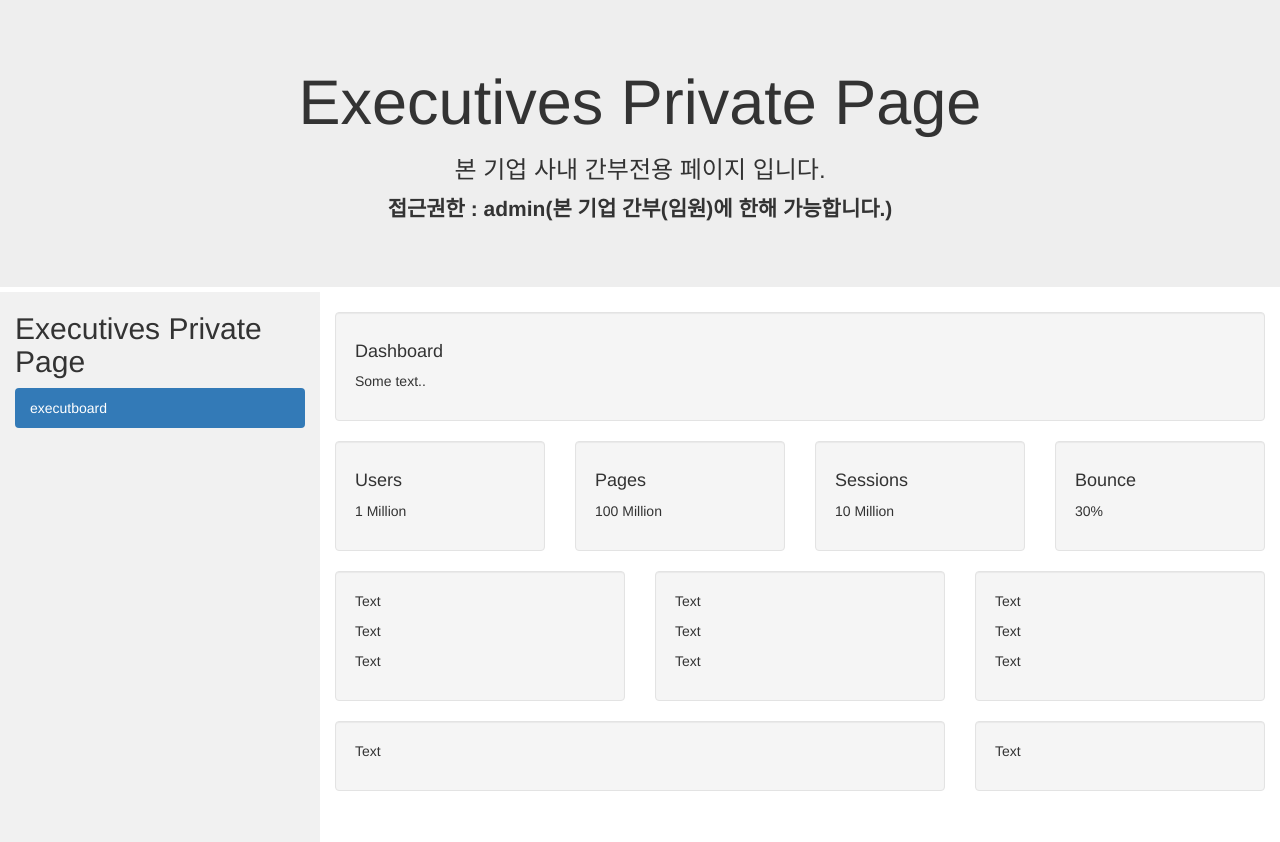
Repository: as2019a/spring
Page: http://localhost/ch19_project_mavenwebsite/WEB-INF/views/executives/maps.jsp
These files come from the project's save history. The page is drawn as it stood at one moment and after the next save; the edit follows.
The browser window is 1280 px wide. The pictures show the whole page.
Some web libraries are served in a nearby version. The page is served by Tomcat 9. Nobody is signed in. The template is opened directly, without the code that normally fills it, so the values that code supplies are empty.

Above is the page before, as saved 2019-01-29 08:48:08.

After the next save:
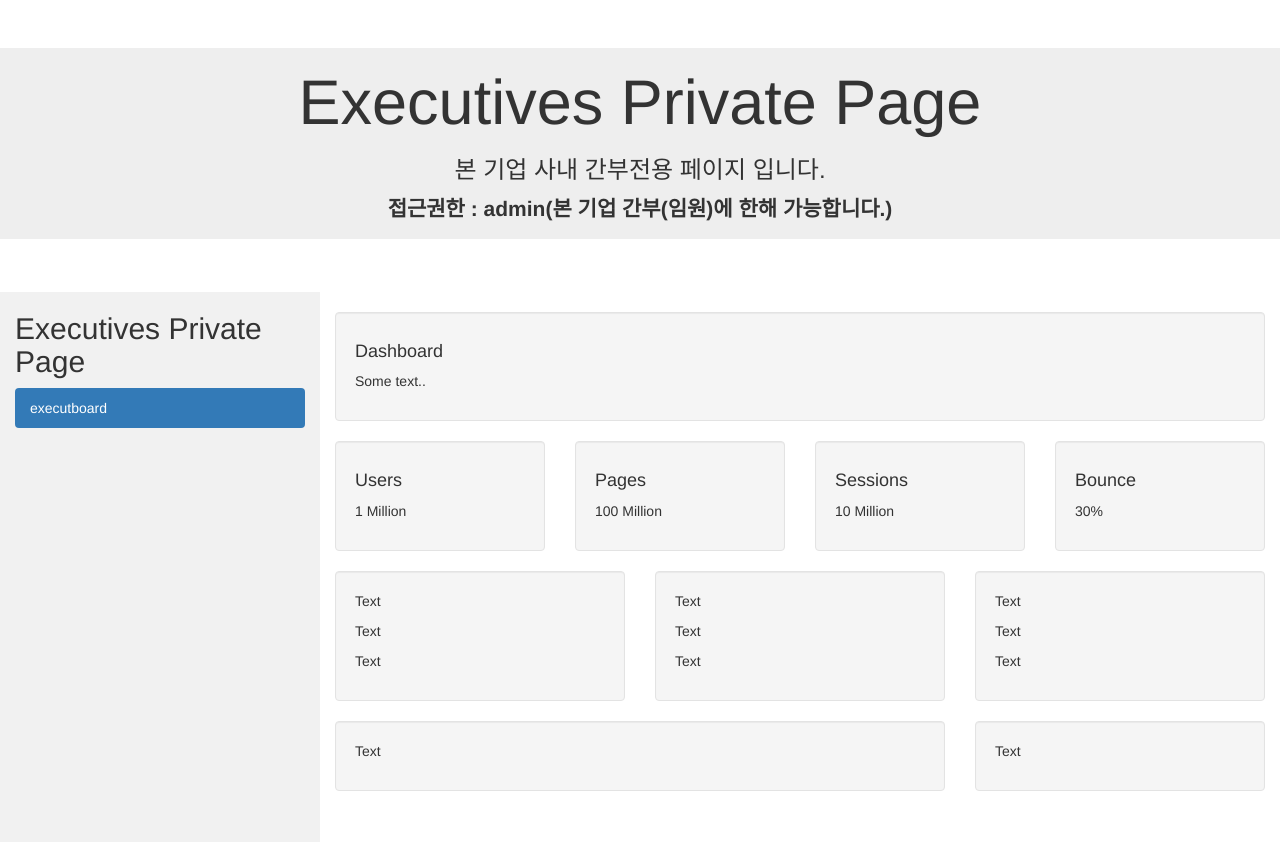
Saved 11 s later.
--- a/ch19_project_mavenwebsite/src/main/webapp/WEB-INF/views/executives/maps.jsp
+++ b/ch19_project_mavenwebsite/src/main/webapp/WEB-INF/views/executives/maps.jsp
@@ -14,7 +14,7 @@
 	.jumbotron{
 		margin-bottom: 5px;
 		text-align:center;
-		background-clip:border-box;
+		background-clip:content-box;
 	}
 
     /* Set height of the grid so .sidenav can be 100% (adjust as needed) */

After the save that followed:
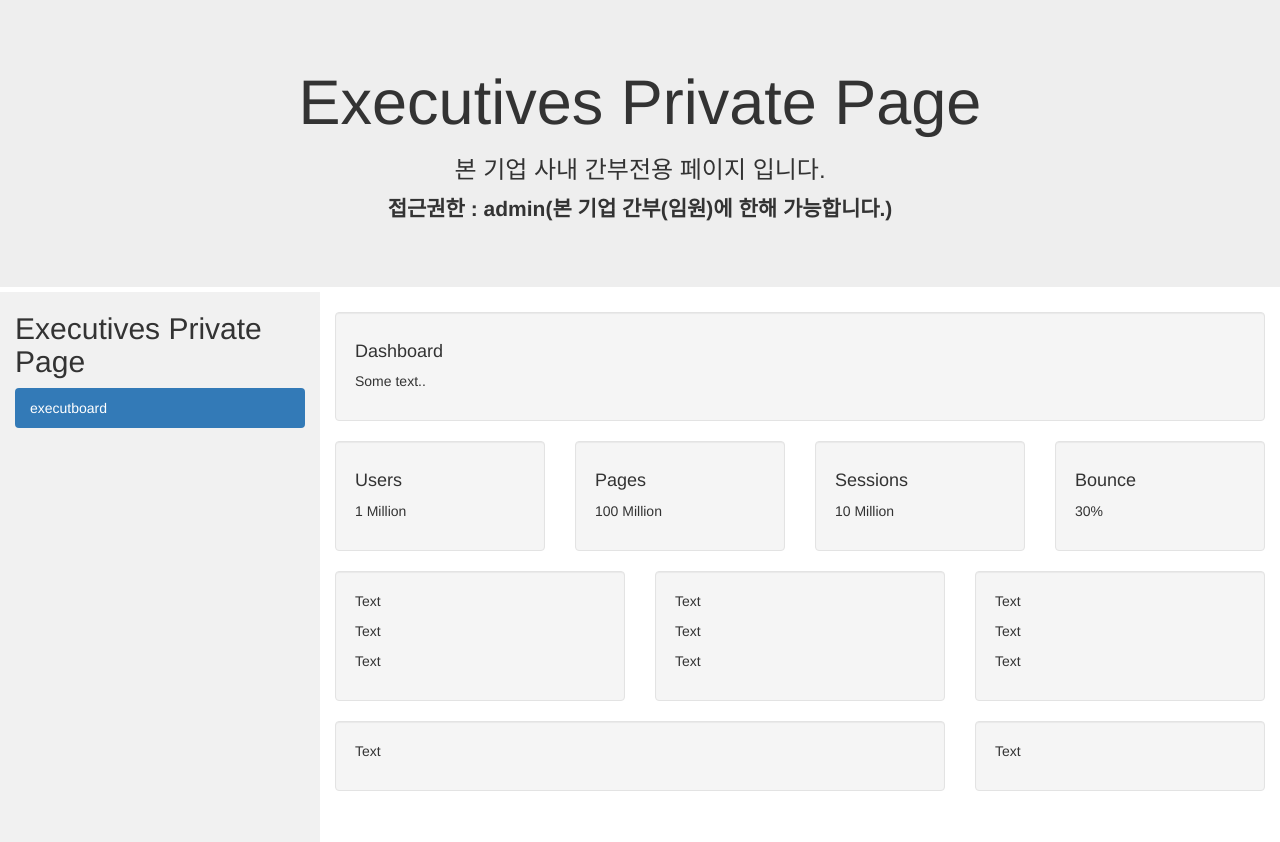
Saved 10 s later.
--- a/ch19_project_mavenwebsite/src/main/webapp/WEB-INF/views/executives/maps.jsp
+++ b/ch19_project_mavenwebsite/src/main/webapp/WEB-INF/views/executives/maps.jsp
@@ -14,7 +14,7 @@
 	.jumbotron{
 		margin-bottom: 5px;
 		text-align:center;
-		background-clip:content-box;
+		background-clip:padding-box;
 	}
 
     /* Set height of the grid so .sidenav can be 100% (adjust as needed) */
